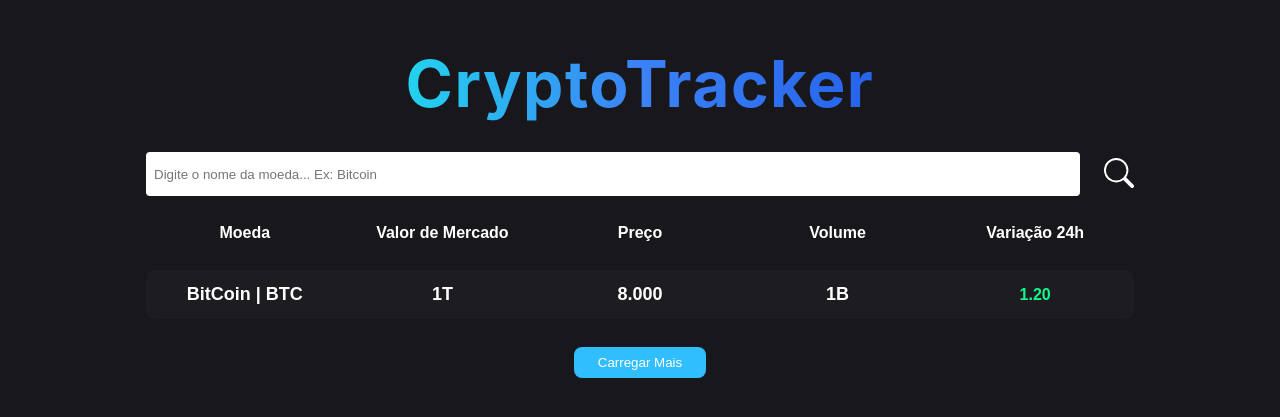
Repository: GabrielPertelCorti/crypto-tracker
Page: /
The author's editor kept a copy of each file at every save. The page is drawn from the files as they stood at one save, then again after a run of saves.
The browser window is 1280 px wide. The pictures show the whole page.
The project was rebuilt for these pictures with package versions that can differ from the ones it lists, and the page was loaded fresh each time. Also part of the build but not shown: vite.config.ts, src/pages/detail/index.tsx, src/pages/notFound/index.tsx.

Above is the page before, as saved 2026-03-12 16:12:24.

After the next 2 saves:
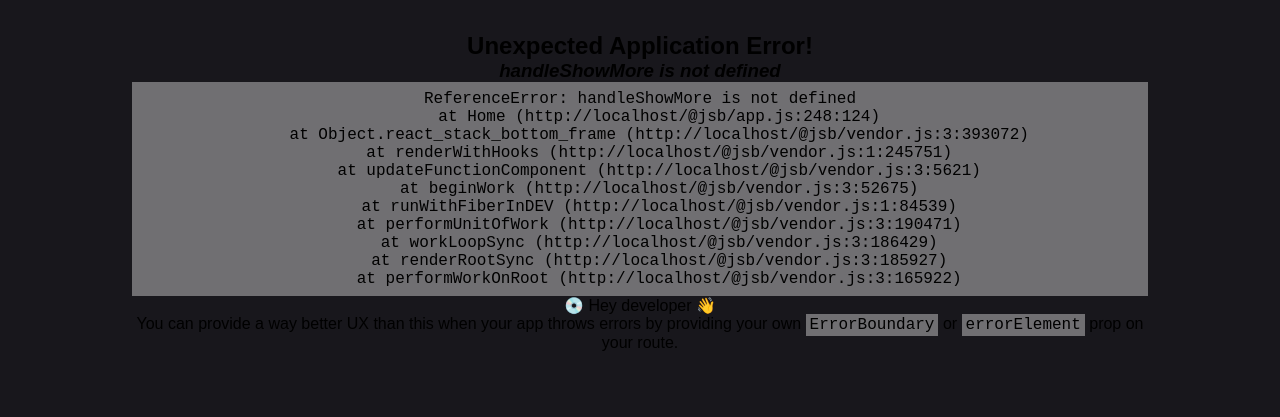
The 2 saves are shown as one change because 1 did not build or start.
The last was saved 33 s later.
--- a/src/pages/home/index.tsx
+++ b/src/pages/home/index.tsx
@@ -70,7 +70,7 @@ export default function Home() {
         </tbody>
       </table>
 
-      <button className={styles.buttonShowMore}>
+      <button className={styles.buttonShowMore} onClick={handleShowMore}>
         Carregar Mais
       </button>
 

After the 2 saves that followed:
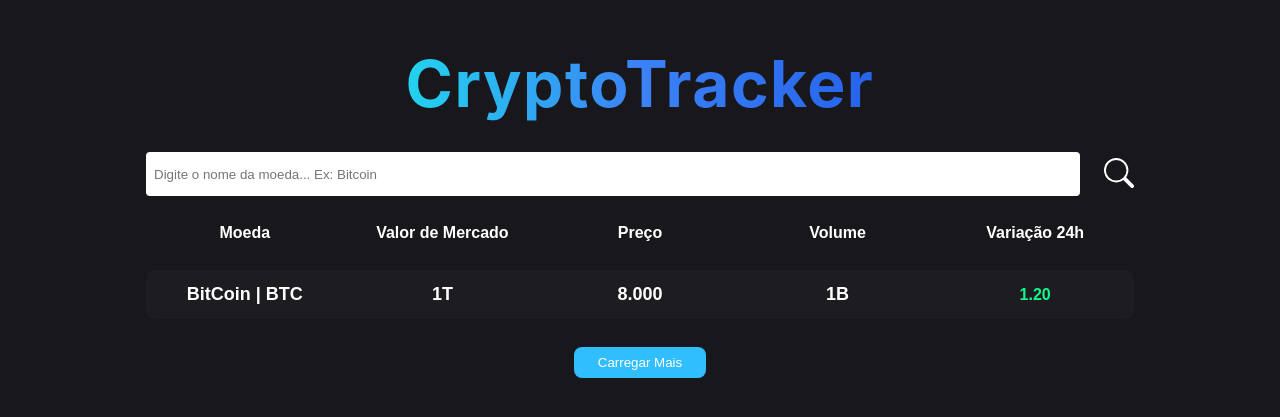
The 2 saves are shown as one change because they came seconds apart.
The last was saved 13 s later.
--- a/src/pages/home/index.tsx
+++ b/src/pages/home/index.tsx
@@ -17,6 +17,11 @@ export default function Home() {
     navigate(`/detail/${input}`)
     setInput('')
   }
+
+  function handleShowMore() {
+
+  }
+
 
   return (
     <main className={styles.container}>
